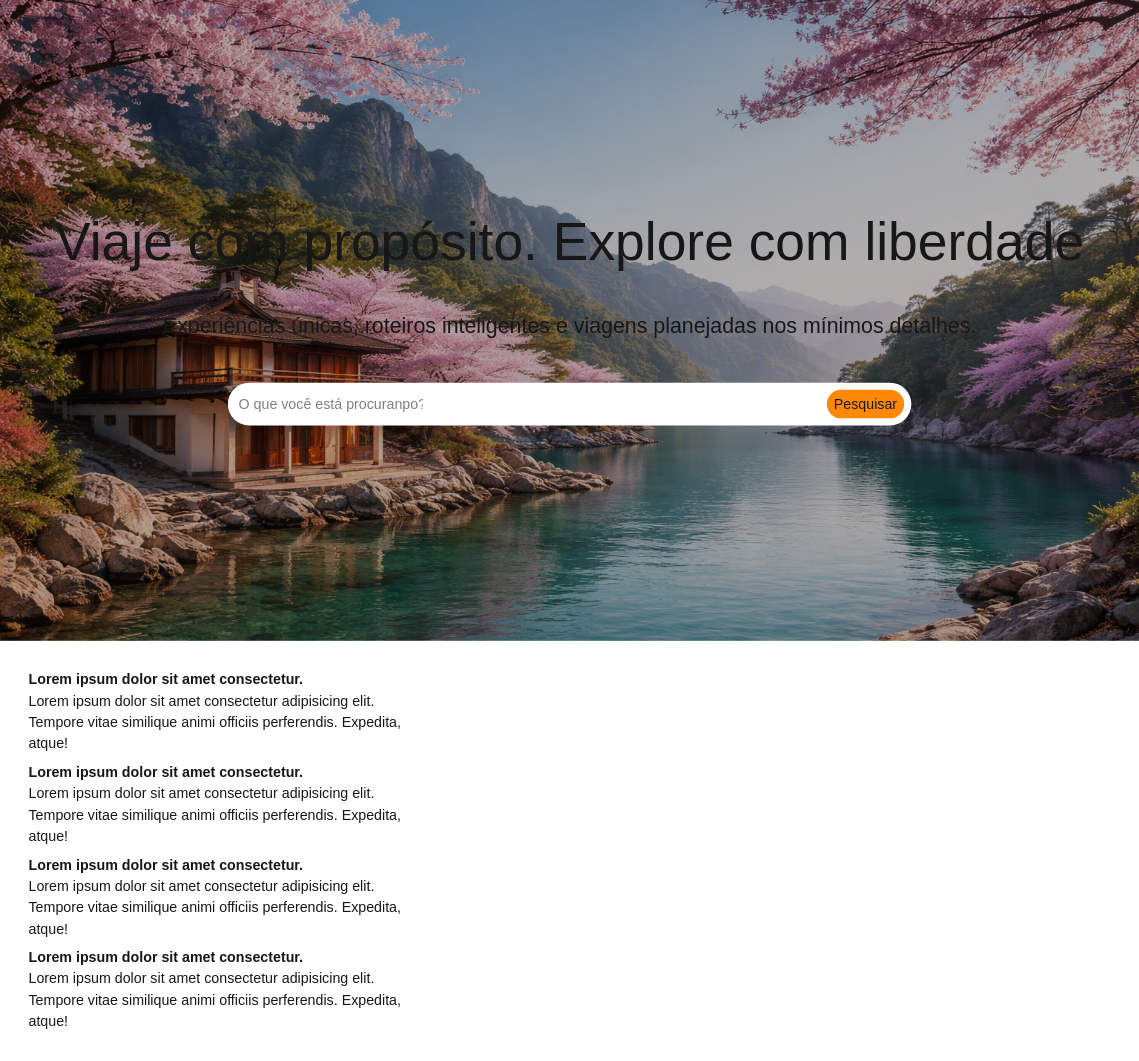
Repository: pedroantoniosi/tripicon-site
Page: /home
The author's editor kept a copy of each file at every save. The page is drawn from the files as they stood at one save, then again after the next save.
The browser window is 1280 px wide. The pictures show the whole page, at 89% of full size.
The project was rebuilt for these pictures with package versions that can differ from the ones it lists, and the page was loaded fresh each time. The framework's server and built-in components were replaced by stand-ins that run in the browser. Also part of the build but not shown: next.config.ts.

Above is the page before, as saved 2026-04-01 12:44:56.

### src/app/layout.tsx
import type { Metadata } from "next";
import { Geist, Geist_Mono } from "next/font/google";
import "./globals.css";

const geistSans = Geist({
  variable: "--font-geist-sans",
  subsets: ["latin"],
});

const geistMono = Geist_Mono({
  variable: "--font-geist-mono",
  subsets: ["latin"],
});

export const metadata: Metadata = {
  title: "Create Next App",
  description: "Generated by create next app",
};

export default function RootLayout({
  children,
}: Readonly<{
  children: React.ReactNode;
}>) {
  return (
    <html
      lang="en"
      className={`${geistSans.variable} ${geistMono.variable} h-full antialiased`}
    >
      <body className="min-h-full flex flex-col">{children}</body>
    </html>
  );
}

### src/app/home/page.tsx
import styles from "./page.module.css";
import Searchbar from "@/components/searchbar/searchbar";

export default function Home() {
  return (
    <>
      <div className={styles.heroContainer}>
        <div className={`${styles.heroCaption} col gap-2`}>
          <h1 className="text-6xl text-center">
            {" "}
            Viaje com propósito. Explore com liberdade
          </h1>
          <p className="text-2xl text-center m-[3rem]">
            Experiências únicas, roteiros inteligentes e viagens planejadas nos
            mínimos detalhes.
          </p>
          <Searchbar />
        </div>
      </div>
      <div className="grid grid-cols-1 gap-2 p-[2rem]">
        {Array.from({ length: 4 }).map((_, index) => (
          <div key={index} className="card">
            <img src="" alt="" />
            <div className="caption">
              <h2 className="font-bold font">
                Lorem ipsum dolor sit amet consectetur.
              </h2>
              <p className="max-w-[450px]">
                Lorem ipsum dolor sit amet consectetur adipisicing elit. Tempore
                vitae similique animi officiis perferendis. Expedita, atque!
              </p>
            </div>
          </div>
        ))}
      </div>
    </>
  );
}

### src/app/globals.css
@import "tailwindcss";
@tailwind base;
@tailwind components;
@tailwind utilities;

:root {
  --background: #ffffff;
  --foreground: #171717;
  --primaryColor: #
}

@media (prefers-color-scheme: dark) {
  :root {
    --background: #0a0a0a;
    --foreground: #ededed;
  }
}

body {
  background: var(--background);
  color: var(--foreground);
  font-family: Arial, Helvetica, sans-serif;
}

### src/app/home/page.module.css
.heroContainer {
    padding: 1rem;
    position: relative;
    display: grid;
    place-items: center;
    z-index: 1;
    min-height: 50svh;

    &::after {
        content: ' ';
        position: absolute;
        width: 100%;
        height: 100%;
        left: 0;
        bottom: 0;
        background-image: url('/images/banner.png');
        background-size: cover;
        z-index: -1;
        filter: brightness(70%);
    }

    & .heroTitle {
        max-width: 1024px;
        text-align: center;
    }
}


@media (min-width: 1024px) {
    .heroContainer {
        padding: 2rem;
        min-height: 100vh;
    }

    .heroContainer .heroTitle {
        max-width: 1200px;
    }
}

### src/components/searchbar/searchbar.tsx
export default function searchbar() {
  return (
    <>
      <div className="p-[.5rem] bg-white rounded-full flex justify-between m-auto max-w-[768px]">
        <input
          className="p-1 text-black outline-none border-none"
          type="text"
          placeholder="O que você está procuranpo?"
        />
        <button className="bg-orange-400 px-2 rounded-full">Pesquisar</button>
      </div>
    </>
  );
}

After the next save:
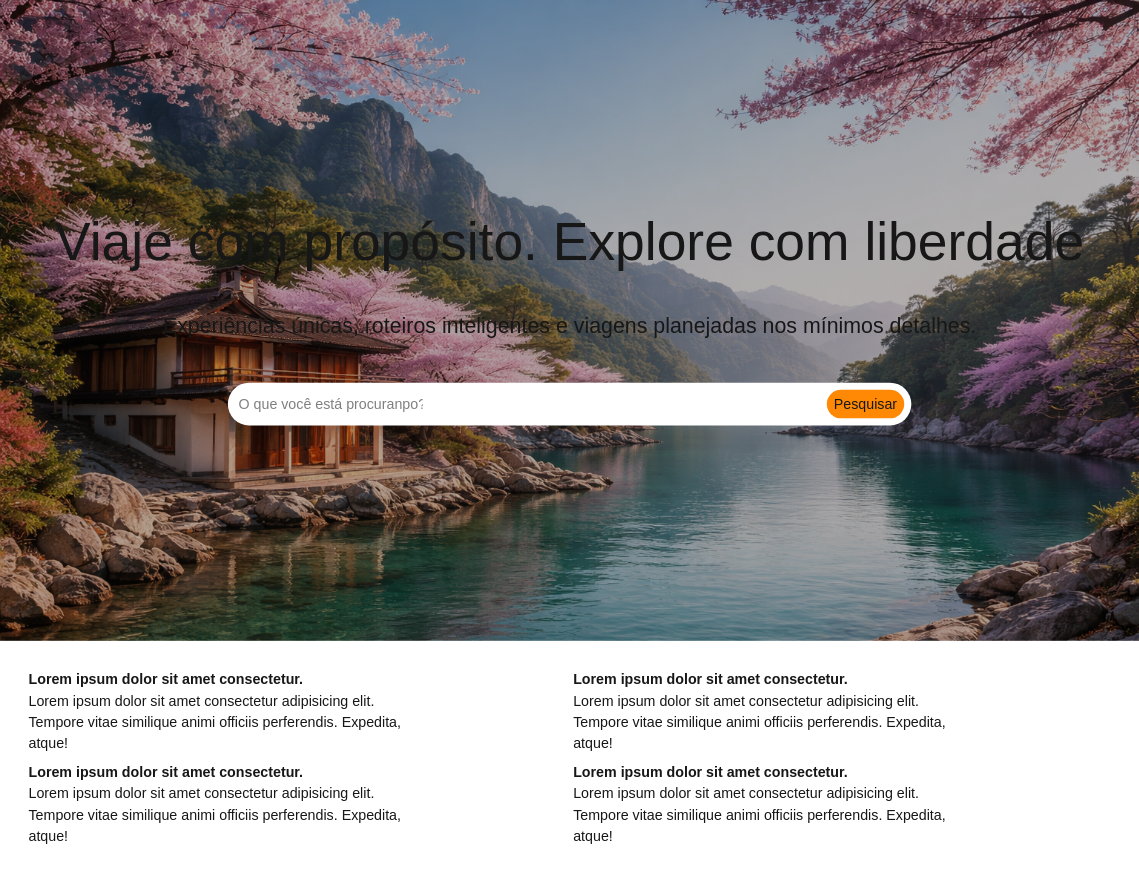
Saved 29 s later.
--- a/src/app/home/page.tsx
+++ b/src/app/home/page.tsx
@@ -17,7 +17,7 @@
           <Searchbar />
         </div>
       </div>
-      <div className="grid grid-cols-1 gap-2 p-[2rem]">
+      <div className="grid grid-cols-2 grid-rows-2 gap-2 p-[2rem]">
         {Array.from({ length: 4 }).map((_, index) => (
           <div key={index} className="card">
             <img src="" alt="" />

After the save that followed:
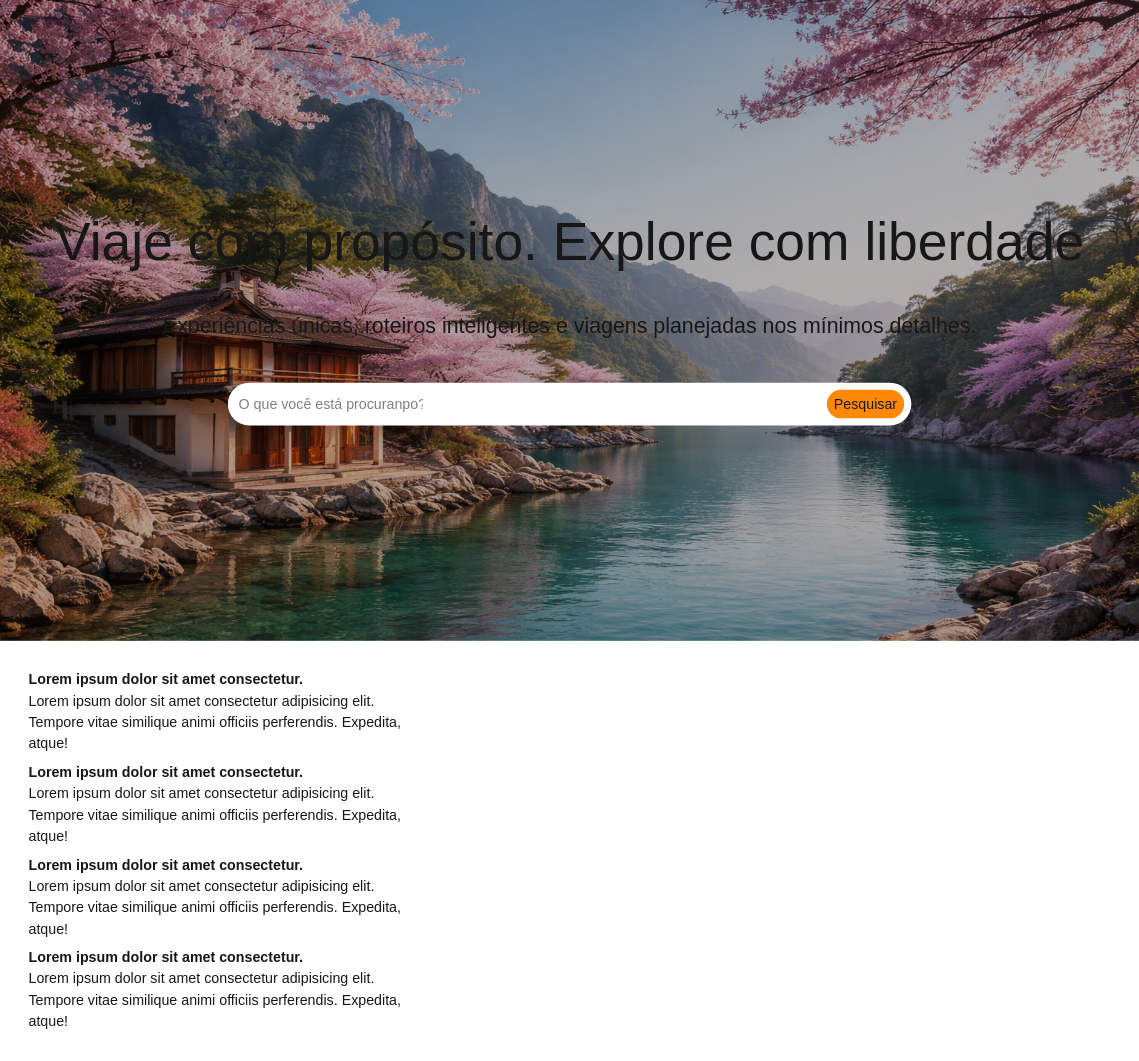
Saved 54 s later.
--- a/src/app/home/page.tsx
+++ b/src/app/home/page.tsx
@@ -17,7 +17,7 @@
           <Searchbar />
         </div>
       </div>
-      <div className="grid grid-cols-2 grid-rows-2 gap-2 p-[2rem]">
+      <div className="grid grid-cols- gap-2 p-[2rem]">
         {Array.from({ length: 4 }).map((_, index) => (
           <div key={index} className="card">
             <img src="" alt="" />
